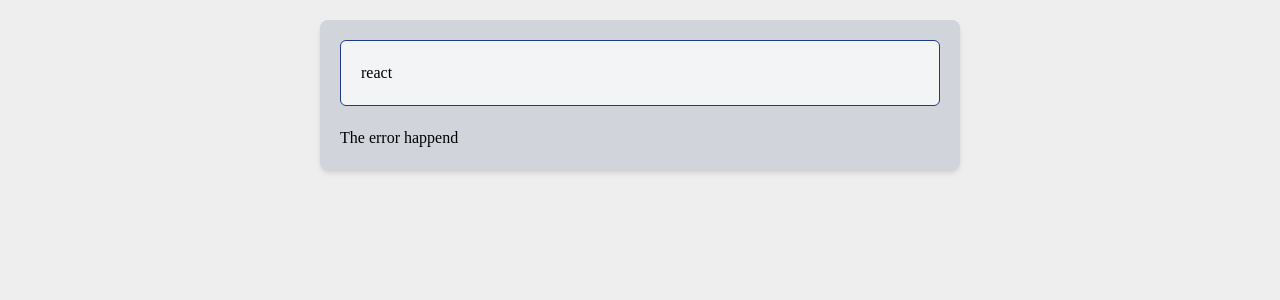
Repository: 16-Doffy/Fe-Khhoahoc
Page: /
These files come from the project's save history. The page is drawn as it stood at one moment and after the next save; the edit follows.
The browser window is 1280 px wide. The pictures show the whole page.
The page's requests for data from a server got no answer. The project was rebuilt for these pictures with package versions that can differ from the ones it lists, and the page was loaded fresh each time. No one was signed in, and anything a server would have sent is missing. Also part of the build but not shown: src/App.css.

Above is the page before, as saved 2025-01-14 15:41:38.

After the next save:
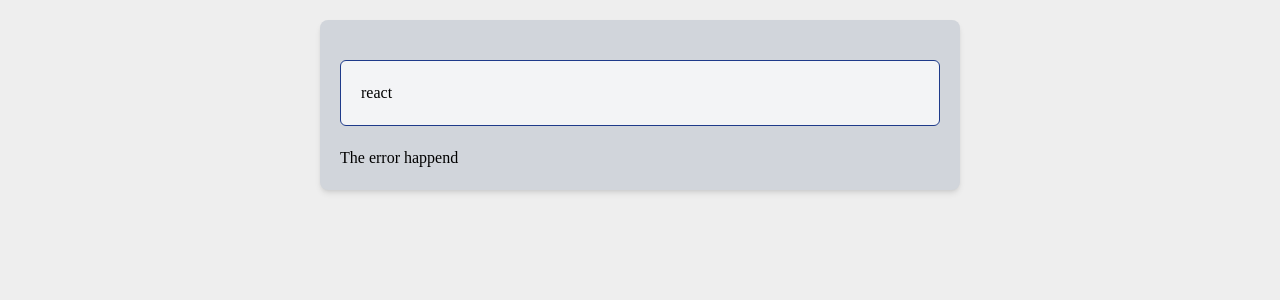
Saved 7 s later.
--- a/src/components/news/HackerNews.js
+++ b/src/components/news/HackerNews.js
@@ -34,7 +34,7 @@ const HackerNews = () => {
         type="text"
         className="bg-gray-100
           border border-blue-900
-          text-black p-5 mb-5 block w-full
+          text-black p-5 mb-5 mt-5 block w-full
            rounded-md focus:border-blue-400"
         placeholder="Enter your keyword..."
         defaultValue={query}
